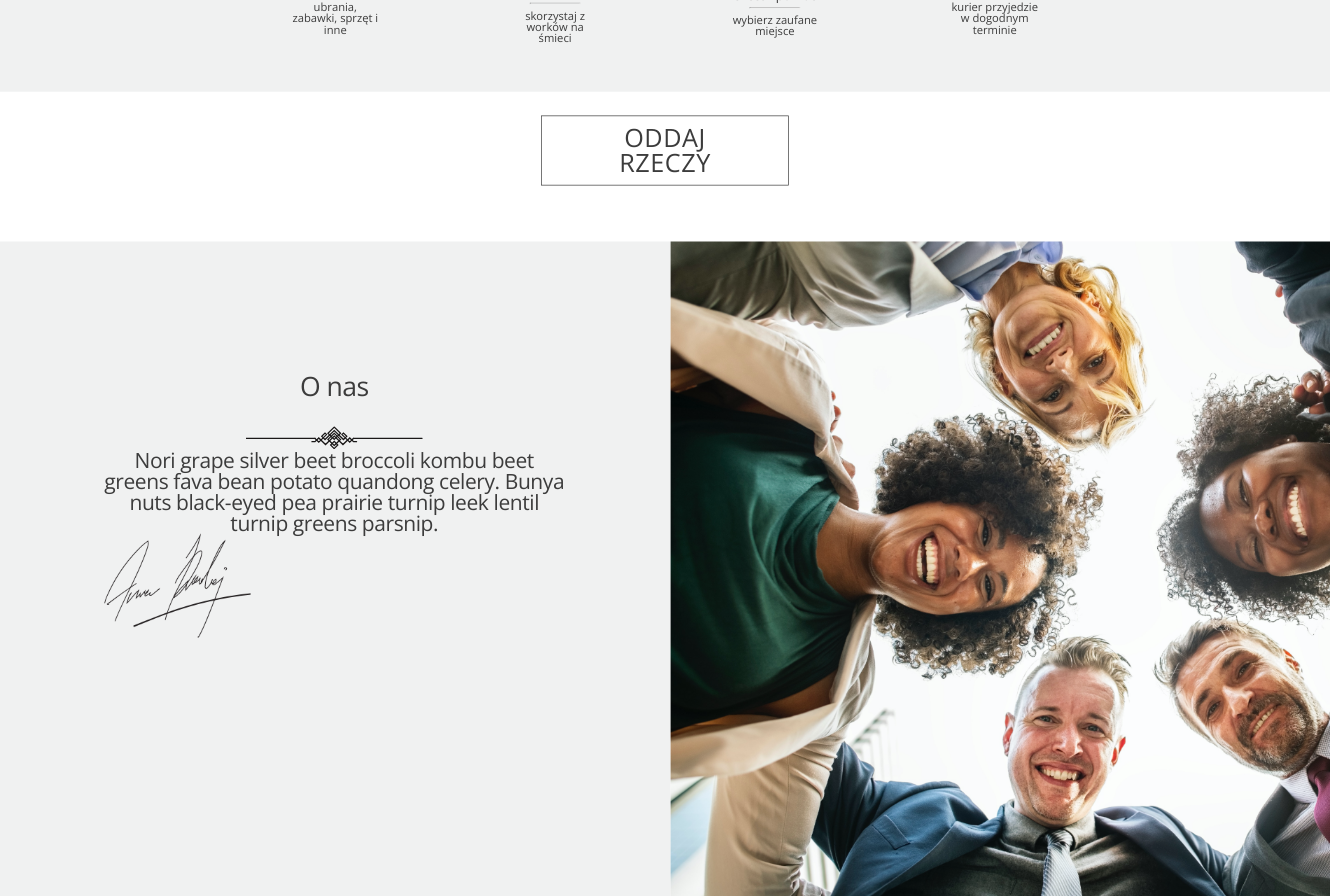
Repository: tomekwoojcik/oddam-w-dobre-rence
Page: /
The author's editor kept a copy of each file at every save. The page is drawn from the files as they stood at one save, then again after a run of saves.
The browser window is 1280 px wide. The page is 1900 px wide, so the pictures cover 1900 px, including what lies to the right of the window. The pictures show the part of the page from y = 1720 to 3000 px (the page is 3000 px tall), at 70% of full size.
The project was rebuilt for these pictures with package versions that can differ from the ones it lists, and the page was loaded fresh each time. Also part of the build but not shown: src/pages/logIn/logIn.js, src/pages/register/register.js.

Above is the page before, as saved 2022-12-08 09:34:27.

### public/index.html
<!DOCTYPE html>
<html lang="en">
  <head>
    <meta charset="utf-8" />
    <link rel="icon" href="%PUBLIC_URL%/favicon.ico" />
    <meta name="viewport" content="width=device-width, initial-scale=1" />
    <meta name="theme-color" content="#000000" />
    <meta
      name="description"
      content="Web site created using create-react-app"
    />
    <link rel="apple-touch-icon" href="%PUBLIC_URL%/logo192.png" />
    <link rel="manifest" href="%PUBLIC_URL%/manifest.json" />
    <title>React App</title>
    <link rel="preconnect" href="https://fonts.googleapis.com">
    <link rel="preconnect" href="https://fonts.gstatic.com" crossorigin>
    <link
      href="https://fonts.googleapis.com/css2?family=Merriweather:ital,wght@0,300;0,400;0,700;0,900;1,300;1,400;1,700;1,900&family=Open+Sans:ital,wght@0,300;0,400;0,500;0,600;0,700;0,800;1,300;1,400;1,500;1,600;1,700;1,800&display=swap"
      rel="stylesheet">
  </head>
  <body>
    <div id="root"></div>
  </body>
</html>

### src/scss/main.scss
@import './reset';
@import './settings/colors';
@import './settings/fonts';
@import '../components/atoms/buttonsMenu/buttonsMenu';
@import '../components/molecules/navMenu/navMenu';
@import '../components/atoms/buttonsLoginLogout/buttonsLoginLogout';
@import '../components/molecules/navLoginLogout/navLoginLogout';
@import '../components/molecules/menu/menu';
@import '../components/atoms/photoInHeader/photoInHeader.scss';
@import '../components/organisms/header/header';
@import '../components/atoms/partTextInHeader/firstPartText';
@import '../components/molecules/rightPart/rightPart';
@import '../components/molecules/textInHeader/textInHeader';
@import '../components/atoms/decorationAssets/decorationAssets';
@import '../components/molecules/menuRightPartContext/menuRightPartContext';
@import '../components/atoms/buttonsInRightPartContext/buttonsInRightPartContext';
@import '../components/organisms/threeColumns/threeColumns';
@import '../pages/home/home';
@import '../components/molecules/oneColumn/oneColumn';
@import '../components/atoms/counterInColumn/counterInColumn';
@import '../components/atoms/titleInColumn/titleInColumn';
@import '../components/atoms/textInColumn/textInColumn';
@import '../components/atoms/simpleStepsTitle/simpleStepsTitle';
@import '../components/organisms/simpleSteps/simpleSteps';
@import '../components/atoms/simpleStepsColumn/simpleStepsColumn';
@import '../components/molecules/simpleStepsBar/simpleStepsBar';
@import '../components/organisms/aboutUsBar/aboutUsBar';

* {
    font-family: $font-base;
}

### src/scss/settings/_colors.scss
$white-color: #F0F1F1;
$mustard-color: #5E5322;
$strong-yellow-color: #FAD648;
$grey-color: #737373;
$black-color: #3C3C3C;

### src/components/atoms/buttonsMenu/_buttonsMenu.scss
@import '../../../scss/settings/fonts';
@import '../../../scss/settings/colors';

.buttonItem {
    .button {
        font-size: 18px;
        padding: 9px 20px;
        color: $black-color;
        text-decoration: none;
        font-family: $font-base;
        border: 0.75px solid white;
    }

    .button:hover{
        border: 0.75px solid $black-color;
    }
}

### src/components/molecules/navMenu/_navMenu.scss
@import '../../../scss/settings/fonts';
@import '../../../scss/settings/colors';

.buttonList {
    margin-top: 10px;
    display: flex;
    flex-direction: row;
    justify-content: flex-end;
    margin-right: 142px;
}

### src/components/atoms/buttonsLoginLogout/_buttonsLoginLogout.scss
@import '../../../scss/settings/fonts';
@import '../../../scss/settings/colors';

.buttonMenuItems {
    .buttonMenu {
        font-family: $font-base;
        font-size: 14px;
        text-decoration: none;
        color: $grey-color;
        padding: 9px 10px;
        margin-left: 20px;
        border: 0.75px solid white;
    }

    .buttonMenu:hover{
        border-color: $strong-yellow-color;
    }
}

### src/components/molecules/navLoginLogout/_navLoginLogout.scss
.buttonMenuList{
    display: flex;
    flex-direction: row;
    justify-content: flex-end;
    margin-right: 142px;
    margin-bottom: 60px;
}

### src/components/molecules/menu/_menu.scss
.menu {
    width: 100%;
    margin-top: 37px;
    flex-direction: column;
}

### src/components/atoms/photoInHeader/_photoInHeader.scss
.photoHeader {
    width: 885px;
    height: 963px;
}

### src/components/organisms/header/_header.scss
.header {
    display: flex;
    flex-direction: row;
    width: 1758px;
}

### src/components/atoms/partTextInHeader/_firstPartText.scss
@import '../../../scss/settings/fonts';
@import '../../../scss/settings/colors';

.textInHeader{
    font-family: $font-base;
    font-size: 38px;
    margin-bottom: 10px;
}

### src/components/molecules/rightPart/_rightPart.scss
.rightPartHeader{
    display: flex;
    flex-direction: column;
}

### src/components/molecules/textInHeader/_textInHeader.scss
.textIn{
    margin-top: 210px;
}

### src/components/atoms/decorationAssets/_decorationAssets.scss
.decorationAssets {
    width: 253px;
    height: 33px;
    align-self: center;
    margin-top: 25px;
}

### src/components/molecules/menuRightPartContext/_menuRightPartContext.scss
.menuRightPartContext{
    display: flex;
    flex-direction: row;
    justify-content: center;
    margin-top: 65px;
}

### src/components/atoms/buttonsInRightPartContext/_buttonsInRightPartContext.scss
@import '../../../scss/settings/fonts';
@import '../../../scss/settings/colors';
@import '../../../scss/settings/otherVariables';

.buttonItemMenuContext {
    width: 250px;
    border: $border;
    padding: 13px 51px;

    .buttonMenuContext {

        text-transform: uppercase;
        text-decoration: none;
        color: $black-color;
        font-size: 36px;
        letter-spacing: 0.76px;
        word-wrap: break-word;
        font-family: $font-base;
        font-weight: 300;
    }

}

.buttonItemMenuContext:nth-child(2) {
    margin-left: 44px;
}

### src/scss/settings/_otherVariables.scss
@import '../settings/colors';
@import '../settings/colors';

$border: 0.75px solid $black-color;

### src/components/organisms/threeColumns/_threeColumns.scss
.threeColumns{
    background: url(../../../assets/backGround.png) ;
    width: 100%;
    display: flex;
    flex-direction: row;
    justify-content: space-around;
}

### src/pages/home/_home.scss
.homePage{
    width: 1900px;
    margin: 0 auto;
}

### src/components/molecules/oneColumn/_oneColumn.scss
.oneColumn {
    display: flex;
    flex-direction: column;
    justify-content: center;
    width: 334px;
    height: 252px;
    padding-top: 46px;
    padding-bottom: 86px;

}

### src/components/atoms/counterInColumn/_counterInColumn.scss
@import '../../../scss/settings/fonts';
@import '../../../scss/settings/colors';
@import '../../../scss/settings/otherVariables';

.counterColumn{
    font-size: 90px;
    font-family: $font-base;
    color: $mustard-color;
    font-weight: 300;
}

### src/components/atoms/titleInColumn/_titleInColumn.scss
@import '../../../scss/settings/fonts';
@import '../../../scss/settings/colors';
@import '../../../scss/settings/otherVariables';

.titleColumn{
    text-transform: uppercase;
    font-size: 18px;
    font-family: $font-base;
    letter-spacing: -0.36px;
    color: $black-color;
    margin: 10px 0 28px 0;

}

### src/components/atoms/textInColumn/_textInColumn.scss
@import '../../../scss/settings/fonts';
@import '../../../scss/settings/colors';
@import '../../../scss/settings/otherVariables';


.textColumn{
    font-family: $font-alt;
    font-size: 16px;
    font-weight: lighter;
    color: $black-color;
    letter-spacing: -0.32px;
    line-height: 25px;
}

### src/components/atoms/simpleStepsTitle/_simpleStepsTitle.scss
@import '../../../scss/settings/fonts';
@import '../../../scss/settings/colors';
@import '../../../scss/settings/otherVariables';

.simpleStepsTitle {
    font-size: 38px;
    font-family: $font-base;
    letter-spacing: -0.76px;
    color: $black-color;
    font-weight: 300;
}

### src/components/organisms/simpleSteps/_simpleSteps.scss
.simpleSteps{
    padding: 55px 0 80px 0;
    display: flex;
    flex-direction: column;

    .buttonItemMenuContext{
        align-self: center;
    }
}

### src/components/atoms/simpleStepsColumn/_simpleStepsColumn.scss
@import '../../../scss/settings/fonts';
@import '../../../scss/settings/colors';
@import '../../../scss/settings/otherVariables';

.simpleStepsColumn {
    width: 130px;
    height: 172px;

    .simpleStepsColumnImg {
        width: 83px;
        height: 83px;
    }

    .simpleStepsColumnTitle {
        font-family: $font-base;
        font-size: 18px;
        color: $black-color;
    }

    .simpleStepsColumnLine {
        color: $grey-color;
        width: 70px;
    }

    .simpleStepsColumnText {
        font-family: $font-base;
        font-size: 16px;
        color: $black-color;
        height: 40px;
        width: 100%;
    }
}


.simpleStepsColumn:nth-child(2){
    .simpleStepsColumnTitle{
        margin-top: 12px;
    }
}

### src/components/molecules/simpleStepsBar/_simpleStepsBar.scss
@import '../../../scss/settings/fonts';
@import '../../../scss/settings/colors';
@import '../../../scss/settings/otherVariables';

.simpleStepsBar {
    background-color: $white-color;
    padding: 71px 414px 76px 414px;
    display: flex;
    flex-direction: row;
    justify-content: space-between;
    margin-top: 34px;
    margin-bottom: 34px;
}

### src/components/organisms/aboutUsBar/_aboutUsBar.scss
@import '../../atoms/aboutUsImg/aboutUsImg';
@import '../../atoms/aboutUsText/aboutUsText';

.aboutUsBar{
    height: 935px;
    display: flex;
}

### src/components/atoms/aboutUsImg/_aboutUsImg.scss
.aboutUsImg{
    background-image: url('../../../assets/People.png');
    width: 942px;
    height: 100%;

}

### src/components/atoms/aboutUsText/_aboutUsText.scss
@import '../../../scss/settings/fonts';
@import '../../../scss/settings/colors';
@import '../../../scss/settings/otherVariables';

.aboutUsText {
    background-color: $white-color;
    width: calc(958px - 301px);
    padding: 186px 152px 185px 149px;

    .aboutUsTextTitle {
        font-family: $font-base;
        font-size: 38px;
        letter-spacing: -0.76px;
        color: $black-color;
        margin-bottom: 15px;
        font-weight: normal;
    }

    .aboutUsTextinText {
        font-family: $font-base;
        font-size: 30px;
        letter-spacing: -0.6px;
        color: $black-color;
        font-weight: 300;
    }

    .aboutUsSignature {
        background-image: url('../../../assets/Signature.png');
        width: 209px;
        height: 149px;
    }
}

### src/pages/home/home.js
import React from 'react'
import AboutUsBar from '../../components/organisms/aboutUsBar/aboutUsBar'
import Header from '../../components/organisms/header/header'
import SimpleSteps from '../../components/organisms/simpleSteps/simpleSteps'
import ThreeColumns from '../../components/organisms/threeColumns/threeColumns'

const Home = () => {
  return (
    <div className='homePage'>
      <Header />
      <ThreeColumns />
      <SimpleSteps />
      <AboutUsBar/>
    </div>
  )
}

export default Home

### src/components/organisms/header/header.js
import React from 'react'
import PhotoInHeader from '../../atoms/photoInHeader/photoInHeader'
import RightPart from '../../molecules/rightPart/rightPart'
const Header = () => {
  return (
    <header className='header'>
      <PhotoInHeader />
      <RightPart />
    </header>

  )
}

export default Header

### src/components/atoms/aboutUsImg/aboutUsImg.js
import React from 'react'
const AboutUsImg = () => {
  return (
        <div className='aboutUsImg'/>
  )
}

export default AboutUsImg

### src/components/atoms/aboutUsText/aboutUsText.js
/* eslint-disable react/prop-types */
import DecorationAsets from '../decorationAssets/decorationAssets'
import React from 'react'

const AboutUsText = ({ aboutUsTextTitle, aboutUsTextinText }) => {
  return (
        <div className='aboutUsText'>
            <h3 className='aboutUsTextTitle'>{aboutUsTextTitle}</h3>
            <DecorationAsets />
          <p className='aboutUsTextinText'>{aboutUsTextinText}</p>
          <div className='aboutUsSignature'/>
        </div>
  )
}

export default AboutUsText

### src/components/atoms/photoInHeader/photoInHeader.js
import React from 'react'
import Image from '../../../assets/Home-Hero-Image.jpg'

const PhotoInHeader = () => {
  return (
    <img className='photoHeader' src={Image} />
  )
}

export default PhotoInHeader

### src/components/molecules/rightPart/rightPart.js
import React from 'react'
import Menu from '../menu/menu'
import RightPartContext from '../rightPartContext/rightPartContext'

const RightPart = () => {
  return (
    <div className='rightPartHeader'>
      <Menu />
      <RightPartContext />
    </div>
  )
}

export default RightPart

### src/components/atoms/simpleStepsTitle/simpleStepsTitle.js
/* eslint-disable react/prop-types */
import React from 'react'

const SimpleStepsTitle = ({ text }) => {
  return (
        <h4 className='simpleStepsTitle'>{text}</h4>
  )
}

export default SimpleStepsTitle

### src/components/atoms/decorationAssets/decorationAssets.js
import React from 'react'
import DecoratorImage from '../../../assets/Decoration.svg'
const DecorationAssets = () => {
  return (
        <img className="decorationAssets" src={DecoratorImage} />
  )
}

export default DecorationAssets

### src/components/atoms/buttonsInRightPartContext/buttonsInRightPartContext.js
import React from 'react'
import { NavLink } from 'react-router-dom'

// eslint-disable-next-line react/prop-types
const ButtonsInRightPartContext = ({ source, buttonName }) => {
  return (
    <div className='buttonItemMenuContext'><NavLink className='buttonMenuContext' to={source}>{buttonName}</NavLink></div>
  )
}

export default ButtonsInRightPartContext

### src/components/molecules/menu/menu.js
import React from 'react'
import NavLoginLogout from '../navLoginLogout/navLoginLogout'
import NavMenu from '../navMenu/navMenu'

const Menu = () => {
  return (
    <div className='menu'>
      <NavLoginLogout />
      <NavMenu />
    </div>
  )
}

export default Menu

### src/components/molecules/rightPartContext/rightPartContext.js
import React from 'react'
import DecorationAssets from '../../atoms/decorationAssets/decorationAssets'
import MenuRightPartContext from '../menuRightPartContext/menuRightPartContext'
import TextInHeader from '../textInHeader/textInHeader'

const RightPartContext = () => {
  return (
      <div className='rightPartContext'>
          <TextInHeader />
          <DecorationAssets />
          <MenuRightPartContext/>
        </div>
  )
}

export default RightPartContext

### src/components/atoms/counterInColumn/counterInColumn.js
/* eslint-disable react/prop-types */
import React from 'react'

const CounterInColumn = ({ counterColumn }) => {
  return (
    <h3 className='counterColumn'>{counterColumn}</h3>
  )
}

export default CounterInColumn

### src/components/atoms/textInColumn/textInColumn.js
/* eslint-disable react/prop-types */
import React from 'react'

const TextInColumn = ({ textColumn }) => {
  return (
      <p className='textColumn'>{ textColumn }</p>
  )
}

export default TextInColumn

### src/components/atoms/titleInColumn/titleInColumn.js
/* eslint-disable react/prop-types */
import React from 'react'

const TitleInColumn = ({ titleColumn }) => {
  return (
      <h4 className='titleColumn'>{titleColumn}</h4>
  )
}

export default TitleInColumn

### src/components/molecules/navLoginLogout/navLoginLogout.js
import React from 'react'
import ButtonsLoginLogout from '../../atoms/buttonsLoginLogout/buttonsLoginLogout'

const NavLoginLogout = () => {
  return (
        <ul className='buttonMenuList'>
          <ButtonsLoginLogout source={'logowanie'} buttonName={'Zaloguj'} />
          <ButtonsLoginLogout source={'rejestracja'} buttonName={'Załóź konto'} />
        </ul>
  )
}

export default NavLoginLogout

### src/components/molecules/navMenu/navMenu.js
import React from 'react'
import ButtonsMenu from '../../atoms/buttonsMenu/buttonsMenu'

const NavMenu = () => {
  return (
        <ul className='buttonList'>
          <ButtonsMenu source={'/'} linkName={'Start'} />
          <ButtonsMenu source={'/'} linkName={'O co chodzi?'} />
          <ButtonsMenu source={'/'} linkName={'O nas'} />
          <ButtonsMenu source={'/'} linkName={'Fundacje i organizacje'} />
          <ButtonsMenu source={'/'} linkName={'Kontakt'} />
        </ul>
  )
}

export default NavMenu

### src/components/molecules/menuRightPartContext/menuRightPartContext.js
import React from 'react'
import ButtonsInRightPartContext from '../../atoms/buttonsInRightPartContext/buttonsInRightPartContext'

const MenuRightPartContext = () => {
  return (
      <ul className='menuRightPartContext'>
      <ButtonsInRightPartContext source={'#'} buttonName={'Oddaj rzeczy'} />
      <ButtonsInRightPartContext source={'#'} buttonName={'Zorganizuj zbiórke'} />
    </ul>
  )
}

export default MenuRightPartContext

### src/components/molecules/textInHeader/textInHeader.js
import React from 'react'
import FirstPartText from '../../atoms/partTextInHeader/firstPartText'

const TextInHeader = () => {
  return (
        <div className='textIn'>
          <FirstPartText textHeader={'Zacznij pomagać!'} />
          <FirstPartText textHeader={'Oddaj niechciane rzeczy w zaufane ręce'} />
        </div>
  )
}

export default TextInHeader

### src/components/atoms/buttonsLoginLogout/buttonsLoginLogout.js
/* eslint-disable react/prop-types */
import React from 'react'
import { NavLink } from 'react-router-dom'

const ButtonsLoginLogout = ({ source, buttonName }) => {
  return (
        <li className='buttonMenuItems'><NavLink className='buttonMenu' to={source}>{buttonName}</NavLink></li>
  )
}

export default ButtonsLoginLogout

### src/components/atoms/buttonsMenu/buttonsMenu.js
import React from 'react'
import { NavLink } from 'react-router-dom'

// eslint-disable-next-line react/prop-types
const ButtonsMenu = ({ source, linkName }) => {
  return (
        <li className='buttonItem'><NavLink className="button" to={source}>{linkName}</NavLink></li>
  )
}

export default ButtonsMenu

### src/components/atoms/partTextInHeader/firstPartText.js
import React from 'react'

// eslint-disable-next-line react/prop-types
const FirstPartText = ({ textHeader }) => {
  return (
    <h3 className='textInHeader'>{textHeader}</h3>
  )
}

export default FirstPartText

Loaded but not shown: src/reportWebVitals.js (common file); src/scss/_reset.scss (common file); src/scss/settings/_fonts.scss (common file); src/App.css (common file); src/components/molecules/simpleStepsBar/simpleStepsBar.js (19 lines, source omitted); src/components/organisms/threeColumns/threeColumns.js (14 lines, source omitted); src/components/organisms/simpleSteps/simpleSteps.js (17 lines, source omitted); src/App.js (25 lines, source omitted); src/components/molecules/oneColumn/oneColumn.js (17 lines, source omitted); src/index.js (17 lines, source omitted); src/components/organisms/aboutUsBar/aboutUsBar.js (14 lines, source omitted); src/components/atoms/simpleStepsColumn/simpleStepsColumn.js (15 lines, source omitted)

After the next 2 saves:
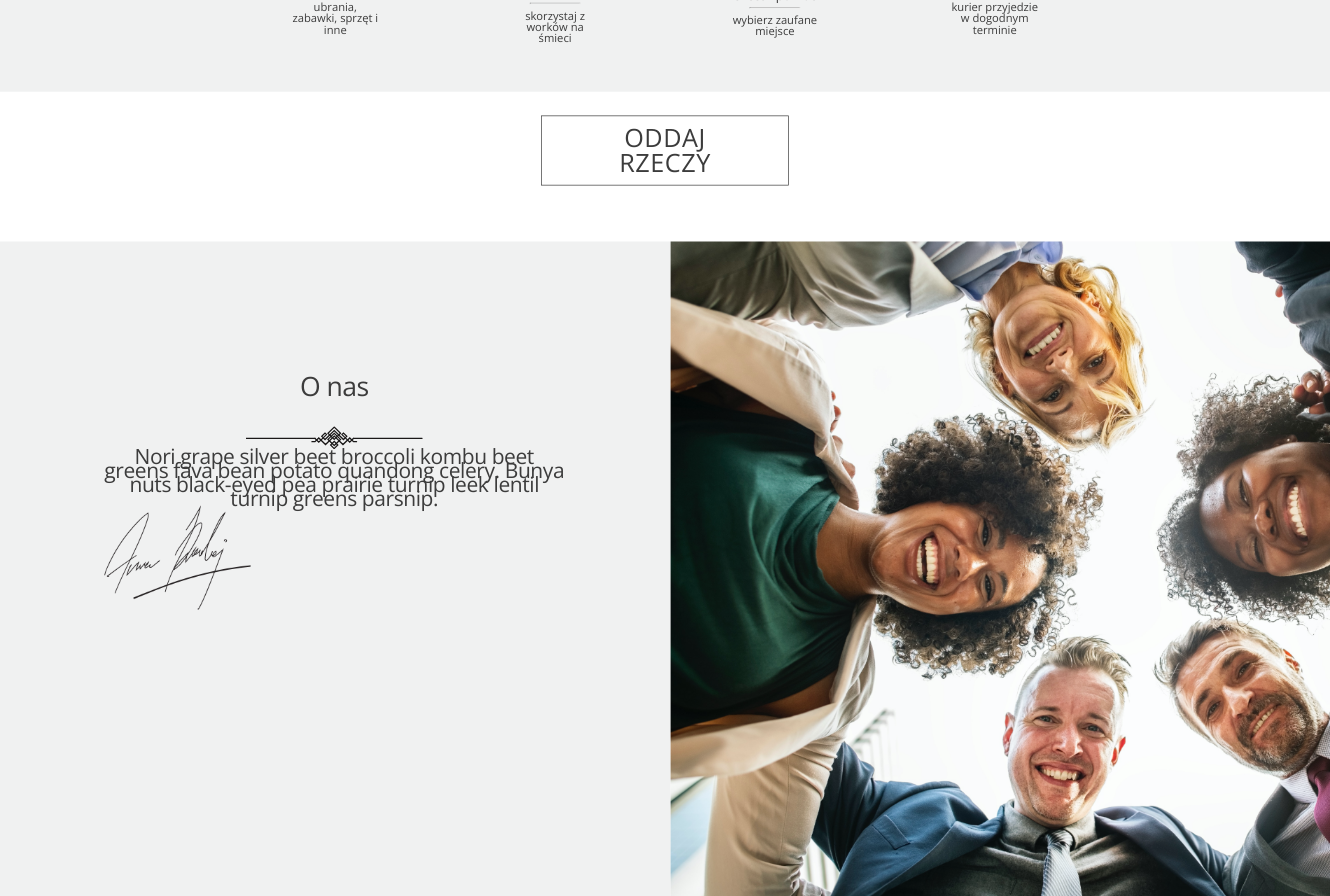
The 2 saves are shown as one change because 1 did not build or start.
The last was saved 52 s later.
--- a/src/components/atoms/aboutUsText/_aboutUsText.scss
+++ b/src/components/atoms/aboutUsText/_aboutUsText.scss
@@ -22,6 +22,7 @@
         letter-spacing: -0.6px;
         color: $black-color;
         font-weight: 300;
+        line-height: 20px;
     }
 
     .aboutUsSignature {

After the save that followed:
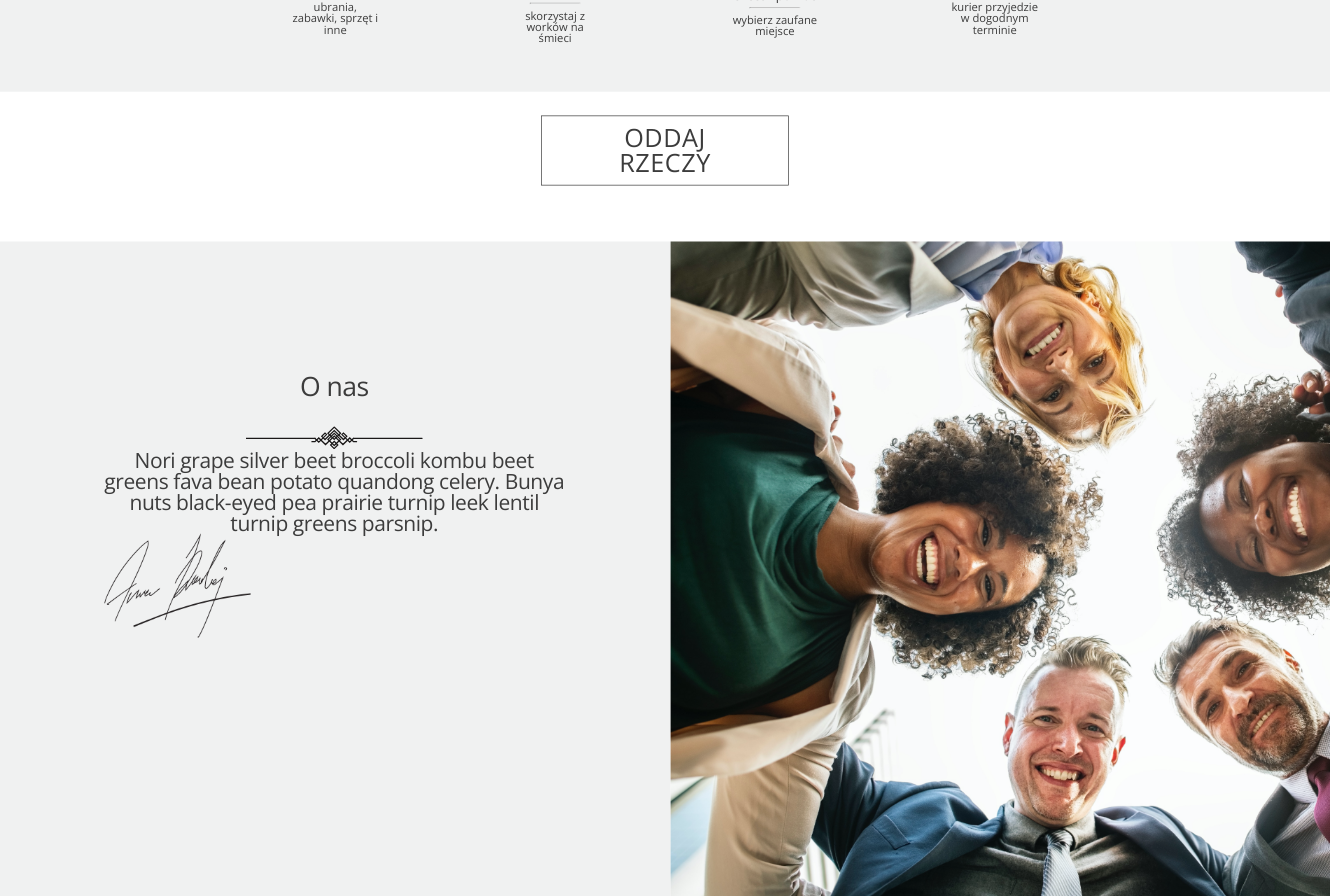
Saved 8 s later.
--- a/src/components/atoms/aboutUsText/_aboutUsText.scss
+++ b/src/components/atoms/aboutUsText/_aboutUsText.scss
@@ -22,7 +22,7 @@
         letter-spacing: -0.6px;
         color: $black-color;
         font-weight: 300;
-        line-height: 20px;
+        line-height: 30px;
     }
 
     .aboutUsSignature {
